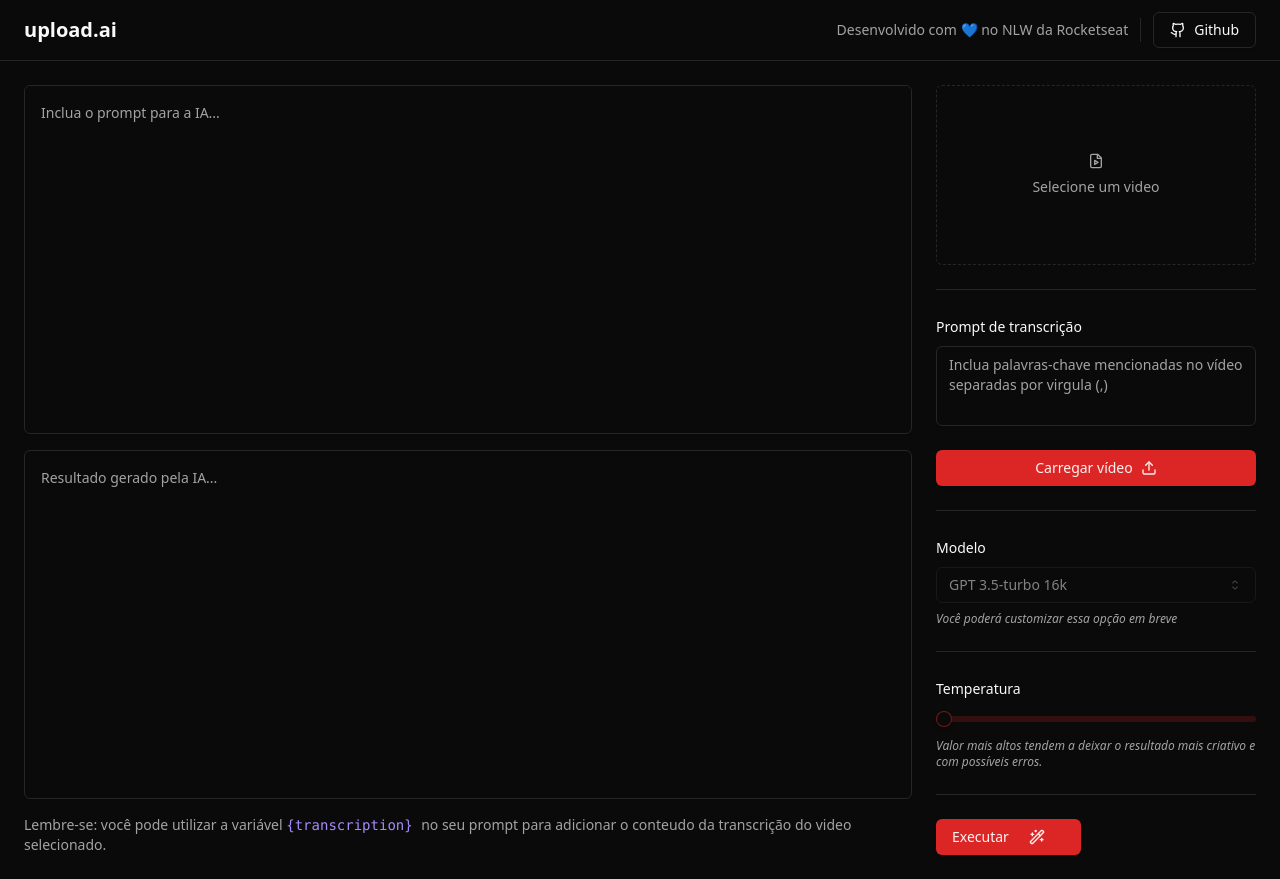
Repository: ricardolimati/upload-ai-web
Page: /
The author's editor kept a copy of each file at every save. The page is drawn from the files as they stood at one save, then again after the next save.
The browser window is 1280 px wide. The pictures show the whole page.
The project was rebuilt for these pictures with package versions that can differ from the ones it lists, and the page was loaded fresh each time. Also part of the build but not shown: vite.config.ts.

Above is the page before, as saved 2023-09-12 00:33:10.

After the next save:
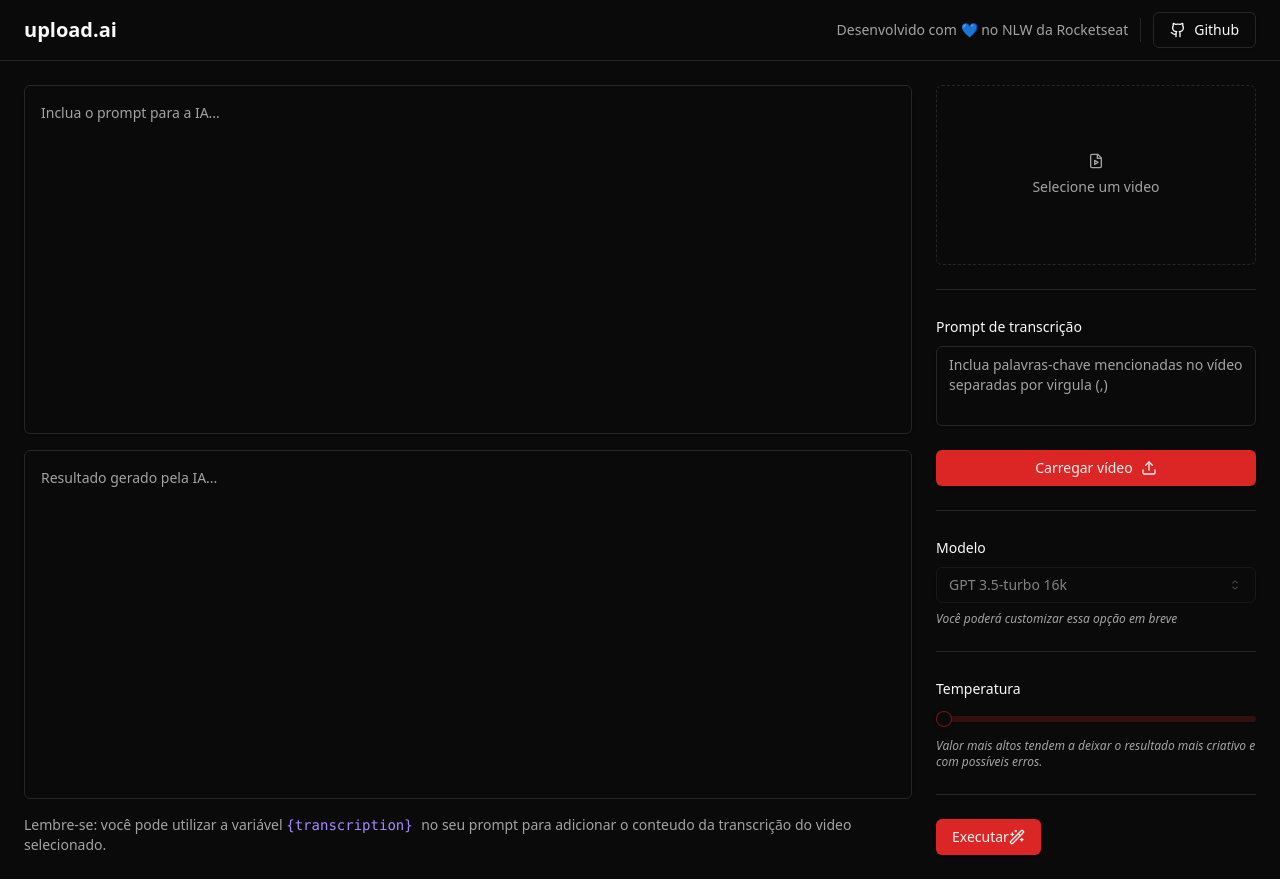
Saved 4 s later.
--- a/src/App.tsx
+++ b/src/App.tsx
@@ -101,7 +101,7 @@ export function App() {
 
           <Button type="submit">
             Executar
-            <Wand2  className="m-4 h-4"/>
+            <Wand2  className="w-4 h-4"/>
           </Button>
 
         </form>
